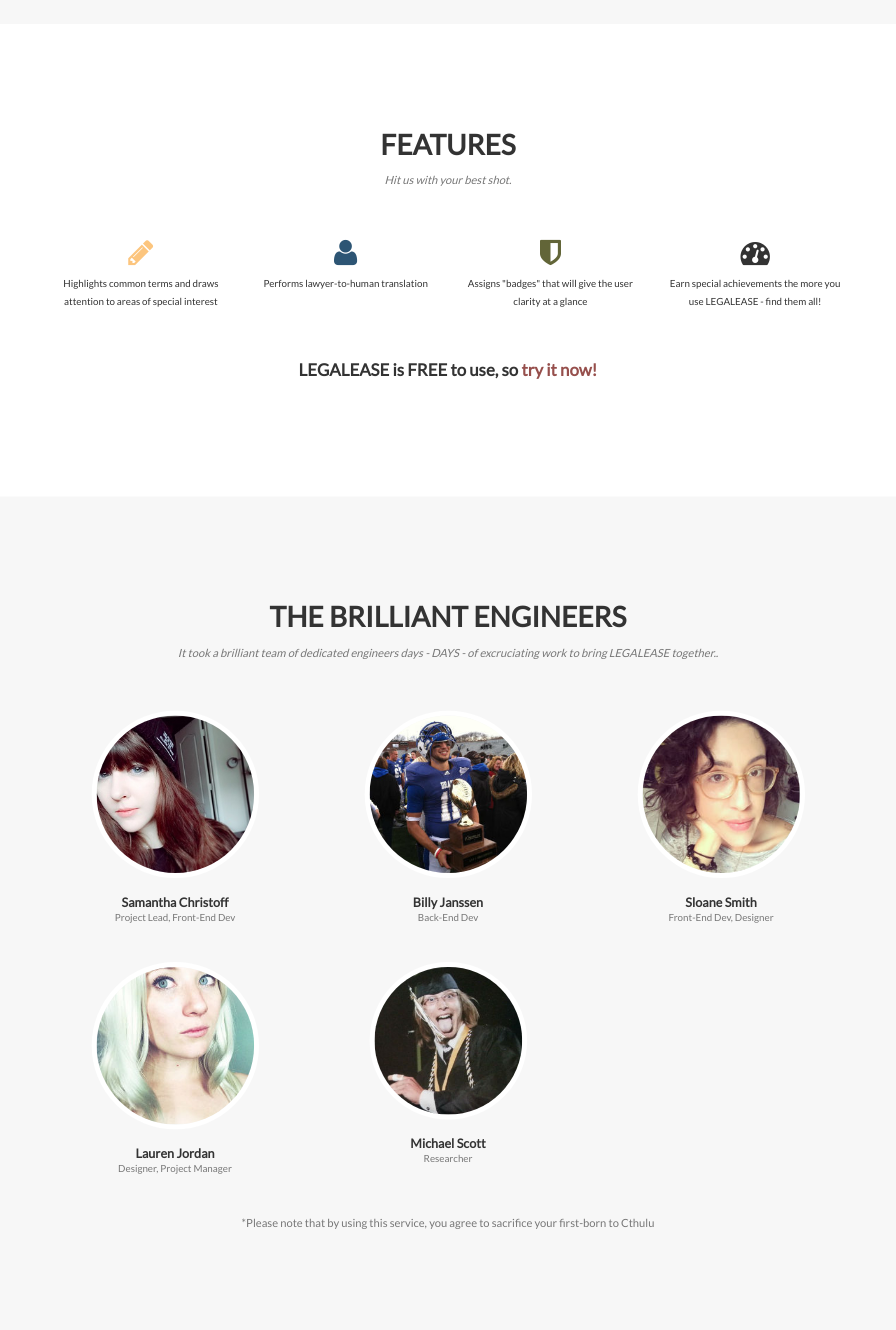
Repository: originalphoenix/LegalWeapon4
Page: index.html
The author's editor kept a record of every edit. The page is drawn from the files as they stood at one moment, then again after the next edit.
The browser window is 1280 px wide. The pictures show the part of the page from y = 2666 to 4566 px (the page is 5201 px tall), at 70% of full size.
A picture or video elsewhere on the page could not be fetched, so the positions and the page height are approximate. Some web fonts or font styles are not loaded; a fallback is used. Some web libraries are served in a nearby version.

Above is the page before.

### index.html
<!DOCTYPE html>
<html lang="en">

<head>

    <meta charset="utf-8">
    <meta http-equiv="X-UA-Compatible" content="IE=edge">
    <meta name="viewport" content="width=device-width, initial-scale=1">
    <meta name="description" content="">
    <meta name="author" content="">

    <title>Legalease - Legalese made easy - Home</title>

    <!-- Bootstrap Core CSS -->
    <link href="css/bootstrap.min.css" rel="stylesheet">

    <!-- Custom CSS -->
    <link href="css/agency.css" rel="stylesheet">

    <!-- Custom Fonts -->
    <link href="font-awesome-4.1.0/css/font-awesome.min.css" rel="stylesheet" type="text/css">
    <link href="https://fonts.googleapis.com/css?family=Montserrat:400,700" rel="stylesheet" type="text/css">
    <link href='https://fonts.googleapis.com/css?family=Kaushan+Script' rel='stylesheet' type='text/css'>
    <link href='https://fonts.googleapis.com/css?family=Droid+Serif:400,700,400italic,700italic' rel='stylesheet' type='text/css'>
    <link href='https://fonts.googleapis.com/css?family=Lato&subset=latin,latin-ext' rel='stylesheet' type='text/css'>
    <link href='https://fonts.googleapis.com/css?family=Nixie+One' rel='stylesheet' type='text/css'>
    <!-- HTML5 Shim and Respond.js IE8 support of HTML5 elements and media queries -->
    <!-- WARNING: Respond.js doesn't work if you view the page via file:// -->
    <!--[if lt IE 9]>
        <script src="https://oss.maxcdn.com/libs/html5shiv/3.7.0/html5shiv.js"></script>
        <script src="https://oss.maxcdn.com/libs/respond.js/1.4.2/respond.min.js"></script>
    <![endif]-->
</head>

<body id="page-top" class="index home">

    <!-- Navigation -->
    <nav class="navbar navbar-default navbar-fixed-top">
        <div class="container">
            <!-- Brand and toggle get grouped for better mobile display -->
            <div class="navbar-header page-scroll">
                <button type="button" class="navbar-toggle" data-toggle="collapse" data-target="#bs-example-navbar-collapse-1">
                    <span class="sr-only">Toggle navigation</span>
                    <span class="icon-bar"></span>
                    <span class="icon-bar"></span>
                    <span class="icon-bar"></span>
                </button>
                <a class="navbar-brand page-scroll" href="#page-top">legalease</a>
            </div>

            <!-- Collect the nav links, forms, and other content for toggling -->
            <div class="collapse navbar-collapse" id="bs-example-navbar-collapse-1">
                <ul class="nav navbar-nav navbar-right">
                    <li class="hidden">
                        <a href="#page-top"></a>
                    </li>
                    <li>
                        <a class="page-scroll" href="#what">What is this?</a>
                    </li>
                    <li>
                        <a class="page-scroll" href="#badges">Graded Legalese</a>
                    </li>
                    <li>
                        <a class="page-scroll" href="#features">Features</a>
                    </li>
                    <li>
                        <a class="page-scroll" href="#team">Team</a>
                    </li>
                </ul>
            </div>
            <!-- /.navbar-collapse -->
        </div>
        <!-- /.container-fluid -->
    </nav>

    <!-- Header -->
    <header>
        <div class="container">
            <div class="intro-text">
                <div class="intro-lead-in">Did I just sell my soul to satan?</div>
                <div class="intro-heading">legalese? puh-lease.</div>
                <form class="home-form" type="post" action="translate.php">
                    <textarea class="home-form-text" name="home-form-text" placeholder="Paste in a legal document and see what happens! Suggested: Terms of Service, Privacy Policies, License Agreements, etc."></textarea>

                    <div class="submit-section">
                        <button class="form-submit" id="userSubmit">FIND OUT WHAT THIS THING SAYS</button>
                        <p>OR</p>
                        <button class="form-submit small-button" id="demoModal" data-toggle="modal" data-target="#demotos">USE A DEMO</button>
                    </div>
                </form>
            </div>
        </div>
    </header>

    <!-- About Section -->

    <section id=what>
        <div class="container">
            <div class="row">
                <div class="col-lg-12 text-center">
                    <h2 class="section-heading">What is LEGALEASE?</h2>
                    <h3 class="section-subheading text-muted">only with understanding can we have agreement.</h3>
                </div>
            </div>
            <div class="row">
                <div class="col-lg-12">
                   <p class="text-center">How many times a day do you click that little "I Agree" checkbox? And how many times do you actually read what you're agreeing to? We're willing to bet that the only peeople that actually read EULAs (end-user license agreements), Terms and Conditions, and Privacy Policies are the poor lawyers whose jobs it is to write the things. </p>
                   <p class="text-center"><strong>Ain't nobody got time for that - we've got better things to do on the Internet. <a href="https://www.youtube.com/watch?v=p2H5YVfZVFw">Cat videos</a>, for one.</strong></p>
                   <p class="text-center">Unfortunately, what you don't know does hurt you. Who owns those red-cup photos you posted to your Instagram account last night? Are you allowed to use Pandora as background ambience at your mom-and-pop cafe? Did you see something about "nuclear weapons" in that iTunes agreement, or were you just skimming too fast? (you weren't).</p>
                   <p class="text-center">LEGALEASE is here to help you blast through the legal speak, and output a clean, simple document that even a baby could understand (if babies could read). Simply copy/paste your document into the window, and LEGALEASE will do the rest.</p>
            </div>
        </div>
        <div class="row dayum">
            <div class="col-md-4"><i style="color: #74b4e6;" class="fa fa-check-square-o fa-5x "></i><p><strong><br>Before You Agree</strong></p></div>
            <div class="col-md-4"><i style="color: #bb8986;" class="fa fa-files-o fa-5x"></i><p><strong><br>Just do a Ctrl + C</strong></p></div>
            <div class="col-md-4"><i style="color: #acaf71;" class="fa fa-clipboard fa-5x"></i><p><strong><br>And a Ctrl + V</strong></p></div></div>
    </section>

    <!-- Badges Section -->
    <section id="badges" class="bg-light-gray">
        <div class="container">
            <div class="row">
                <div class="col-lg-12 text-center bg-light-gray">
                    <h2 class="section-heading">Our badge system</h2>
                    <h3 class="section-subheading text-muted">Making every document picturesque instead of grotesque. Here are a few of many badges we may assign to each legal policy we parse.</h3>
                </div>
            </div>
            <div class="row text-center">
                <div class="col-md-4">
                    <span class="fa-stack fa-4x">
                        <img width="100" src="img/result-badges/Liability.png">
                    </span>
                    <h4 class="service-heading">Liability</h4>
                    <p class="text-muted">This company reserves the right to delete or alter your content without prior notice.</p>
                </div>
                <div class="col-md-4">
                    <span class="fa-stack fa-4x">
                        <img width="100" src="img/result-badges/Nuclear.png">
                    </span>
                    <h4 class="service-heading">Nuclear Weapons Policy</h4>
                    <p class="text-muted">You are discouraged from using this service for the creation of a nuclear weapon</p>
                </div>
                <div class="col-md-4">
                    <span class="fa-stack fa-4x">
                        <img width="100" src="img/result-badges/Payment.png">
                    </span>
                    <h4 class="service-heading">Payment</h4>
                    <p class="text-muted">This service allows some method of automatic payments on a predictable schedule (annual, monthly, bi-annually, etc).</p>
                </div>
            </div>
            <div class="row">
                <div class="col-lg-12 text-center bg-light-gray">
                <h3>...and many more!</h3>
                </div>
            </div>
        </div>
    </section>


    <!-- Features Section -->
    <section id="features">
        <div class="container">
            <div class="row">
                <div class="col-lg-12 text-center">
                    <h2 class="section-heading">Features</h2>
                    <h3 class="section-subheading text-muted">Hit us with your best shot.</h3>
                </div>
            </div>
            <div class="row">
                <div class="col-md-3">
                   <p><i style="color: #fcc57e;" class="fa fa-pencil fa-3x"></i><br><p>Highlights common terms and draws attention to areas of special interest</p></p></div>
                <div class="col-md-3">
                   <p><i style="color: #2D5574;" class="fa fa-user fa-3x"></i><br><p>Performs lawyer-to-human translation</p></p></div>
                <div class="col-md-3">
                   <p><i style="color: #626538;" class="fa fa-shield fa-3x"></i><br><p>Assigns "badges" that will give the user clarity at a glance</p></p></div>
                <div class="col-md-3">
                   <p><i class="fa fa-tachometer fa-3x"></i><br><p>Earn special achievements the more you use LEGALEASE - find them all!</p></div>
                <div class="col-lg-12">
                    <p class="text-center">
                        <br>
                    </p>
                   <p class="text-center" style="font-size: 24px; margin-top: 30px;"><strong>LEGALEASE is FREE to use, so <a href="#">try it now!</a></strong>
            </div>
        </div>
    </section>

    <!-- Team Section -->
    <section id="team" class="bg-light-gray">
        <div class="container">
            <div class="row">
                <div class="col-lg-12 text-center">
                    <h2 class="section-heading">The Brilliant Engineers</h2>
                    <h3 class="section-subheading text-muted">It took a brilliant team of dedicated engineers days - DAYS - of excruciating work to bring LEGALEASE together..</h3>
                </div>
            </div>
            <div class="row">
                <div class="col-sm-4">
                    <div class="team-member">
                        <img src="img/team/samantha.jpg" class="img-responsive img-circle" alt="">
                        <h4>Samantha Christoff</h4>
                        <p class="text-muted">Project Lead, Front-End Dev</p>
                    </div>
                </div>
                <div class="col-sm-4">
                    <div class="team-member">
                        <img src="img/team/billy.jpg" width="239" height="239" class="img-responsive img-circle" alt="">
                        <h4>Billy Janssen</h4>
                        <p class="text-muted">Back-End Dev</p>
                    </div>
                </div>
                <div class="col-sm-4">
                    <div class="team-member">
                        <img src="img/team/sloane.jpg" class="img-responsive img-circle" alt="">
                        <h4>Sloane Smith</h4>
                        <p class="text-muted">Front-End Dev, Designer</p>
                    </div>
                </div>
            </div>
            <div class="row">
                <div class="col-sm-4">
                    <div class="team-member">
                        <img src="img/team/lauren.jpg" class="img-responsive img-circle" alt="">
                        <h4>Lauren Jordan</h4>
                        <p class="text-muted">Designer, Project Manager</p>
                    </div>
                </div>
                <div class="col-sm-4">
                    <div class="team-member">
                        <img src="img/team/michael.jpg" width="225" height="225" class="img-responsive img-circle" alt="">
                        <h4>Michael Scott</h4>
                        <p class="text-muted">Researcher</p>
                    </div>
                </div>
                <div class="col-sm-4">
                </div>
            </div>
            <div class="row">
                <div class="col-lg-8 col-lg-offset-2 text-center">
                    <p class="large text-muted">*Please note that by using this service, you agree to sacrifice your first-born to Cthulu</p>
                </div>
            </div>
        </div>
    </section>

    <!-- Clients Aside -->
    <aside class="clients">
        <div class="container">
            <div class="row">
                <div class="col-md-4 col-sm-6">
                    <a href="http://developer.wordnik.com/">
                        <img target="_blank" src="img/logos/wordnik.png" class="img-responsive img-centered" alt="">
                    </a>
                </div>
                <div class="col-md-4 col-sm-6">
                    <a target="_blank" href="http://getbootstrap.com/2.3.2/">
                        <img src="img/logos/bootstrap.png" class="img-responsive img-centered" alt="">
                    </a>
                </div>
                <div class="col-md-4 col-sm-6">
                    <a target="_blank" href="http://dictionary.reference.com/">
                        <img src="img/logos/dictionary.png" class="img-responsive img-centered" alt="">
                    </a>
                </div>
                <div class="col-md-4 col-sm-6">
                    <a target="_blank" href="http://www.openxrest.com/">
                        <img src="img/logos/openx.png" class="img-responsive img-centered" alt="">
                    </a>
                </div>
            </div>
        </div>
    </aside>

    <!-- Demo Modal -->

    <div class="modal fade" id="demotos" tabindex="-1" role="dialog">
      <div class="modal-dialog">
        <div class="modal-content">
          <div class="modal-header">
            <button type="button" class="close" data-dismiss="modal"><span aria-hidden="true">&times;</span><span class="sr-only">Close</span></button>
            <h4 class="modal-title" id="exampleModalLabel">Use our Demo Content</h4>
          </div>
          <div class="modal-body">
            <button class="form-submit small-button demo-button" data-demo="itunes-tos"><img src="img/logos/itunes.png"></button>
            <button class="form-submit small-button demo-button" data-demo="pandora-tos"><img src="img/logos/pandora.png"></button>
            <button class="form-submit small-button demo-button" data-demo="shopify-privacy"><img src="img/logos/shopify.png"></button>
            <button class="form-submit small-button demo-button" data-demo="warner-bros-tos"><img src="img/logos/warner-bros.png"></button>
          </div>
          <div class="modal-footer">
            <button type="button" class="btn btn-default" data-dismiss="modal">Close</button>
          </div>
        </div>
      </div>
    </div>


    <footer>
        <div class="container">
            <div class="row">
                <div class="col-md-4">
                    <span class="copyright">Copyright &copy; LEGALEASE 2014</span>
                </div>
                <div class="col-md-4">
                    <ul class="list-inline social-buttons">
                        <li><a target="_blank" href="https://twitter.com/home?status=Go%20team%20%23TeamPrince%20for%20@koding%20%23hackathon%20led%20by%20@FinalPhoenix%20https://koding.com/Hackathon"><i class="fa fa-twitter"></i></a>
                        </li>
                    </ul>
                </div>
                <div class="col-md-4">
                    <ul class="list-inline quicklinks">
                        <li><a target="_blank" href="https://github.com/schristoff/LegalWeapon4">Get it on Git</a>
                        </li>
                    </ul>
                </div>
            </div>
        </div>
    </footer>

    <!-- jQuery -->
    <script src="js/jquery.js"></script>

    <!-- Bootstrap Core JavaScript -->
    <script src="js/bootstrap.min.js"></script>

    <!-- Plugin JavaScript -->
    <script src="https://cdnjs.cloudflare.com/ajax/libs/jquery-easing/1.3/jquery.easing.min.js"></script>
    <script src="js/classie.js"></script>
    <script src="js/cbpAnimatedHeader.js"></script>

    <!-- Contact Form JavaScript -->
    <script src="js/jqBootstrapValidation.js"></script>

    <!-- Custom Theme JavaScript -->
    <script src="js/agency.js"></script>
    </body>
</html>

Loaded but not shown: css/bootstrap.min.css (library); font-awesome-4.1.0/css/font-awesome.min.css (library); js/jquery.js (library); js/bootstrap.min.js (library); js/jqBootstrapValidation.js (912 lines, source omitted); js/agency.js (80 lines, source omitted); js/classie.js (80 lines, source omitted); js/cbpAnimatedHeader.js (44 lines, source omitted); css/agency.css (1086 lines, source omitted)

After the next edit:
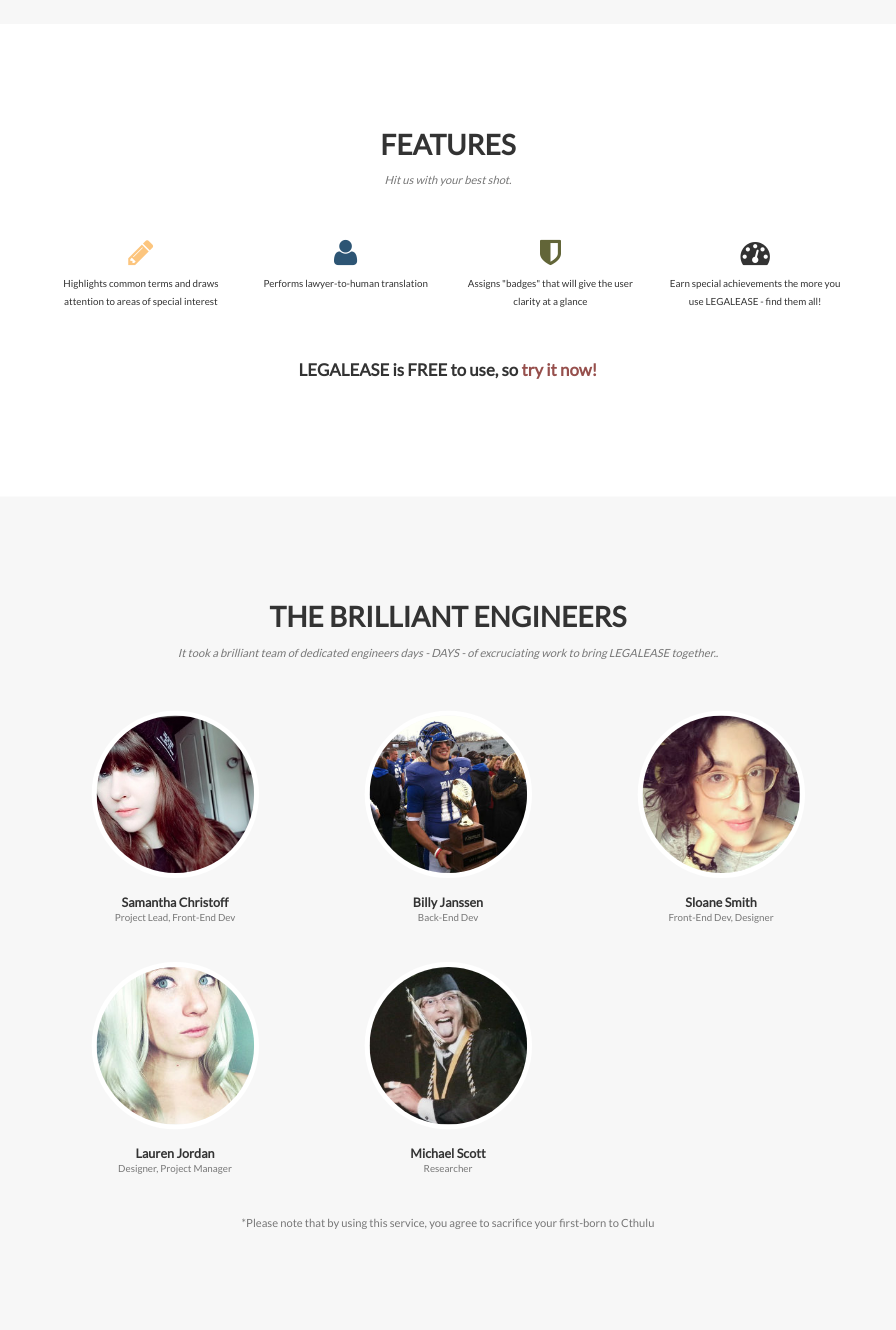
The edit:
--- a/index.html
+++ b/index.html
@@ -226,7 +226,7 @@
                 </div>
                 <div class="col-sm-4">
                     <div class="team-member">
-                        <img src="img/team/michael.jpg" width="225" height="225" class="img-responsive img-circle" alt="">
+                        <img src="img/team/michael.jpg" width="239" class="img-responsive img-circle" alt="">
                         <h4>Michael Scott</h4>
                         <p class="text-muted">Researcher</p>
                     </div>
